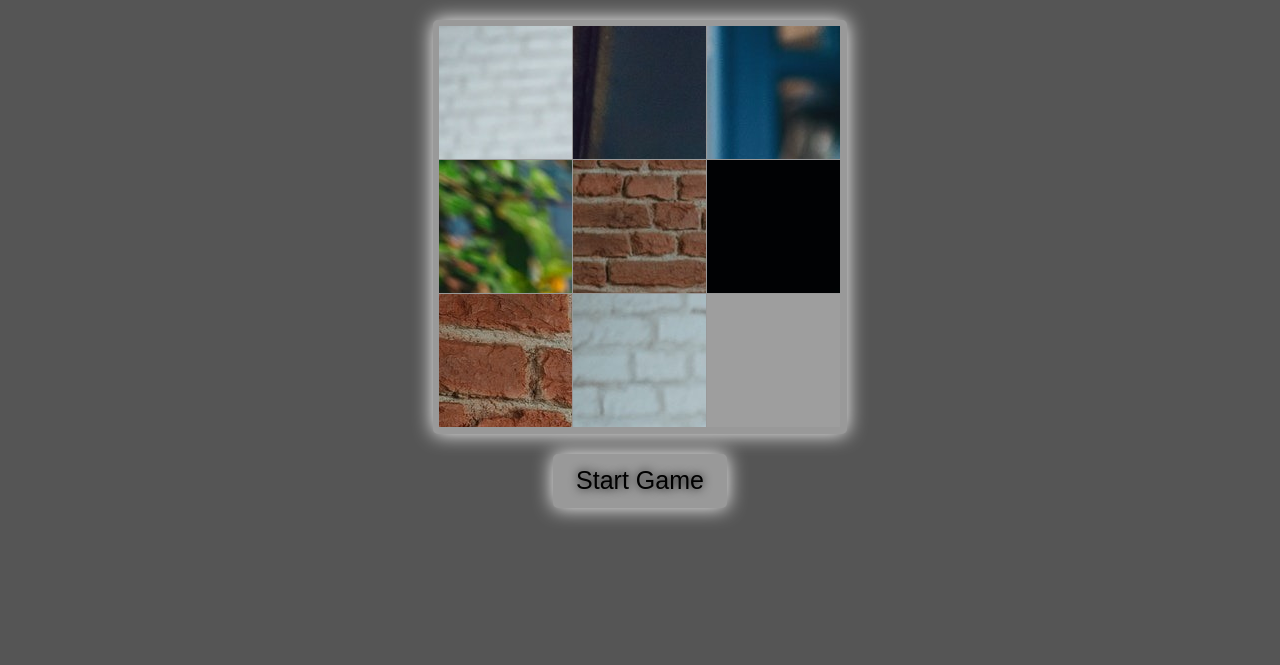
Repository: Izayah60/A-Puzzle-Game-Using-HTML-CSS-and-JavaScript
Page: Puzzle_Game.html
An editor plug-in stored every save of this project. The page is shown before and after the next save, followed by the edit.
The browser window is 1280 px wide. The pictures show the whole page.
Pictures or frames that could not be fetched are drawn as grey boxes.

Above is the page before, as saved 2022-05-25 15:28:17.

After the next save:
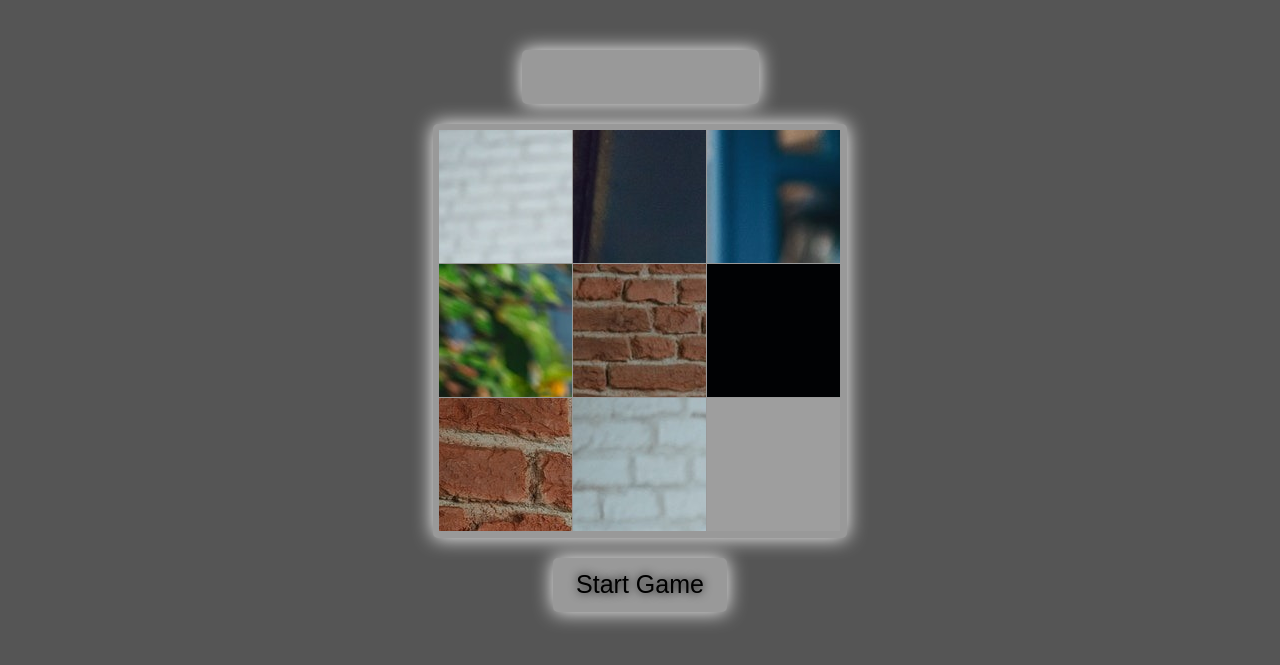
Saved 4 h 1 min later.
--- a/style.css
+++ b/style.css
@@ -80,3 +80,21 @@ body {
     color: #BA6F00;
     text-shadow: 0px 0px 10px #BA6F00;
 }
+
+#moves {
+    width: 233px;
+    margin: auto;
+    margin-top: 50px;
+    border: 2px solid #999;
+    height: 40px;
+    border-radius: 5px;
+    text-align: center;
+    padding-top: 10px;
+    color: #000;
+    background-color: #999;
+    box-shadow: 0px 0px 20px #FFF;
+    text-shadow: 0px 0px 10px #000;
+    cursor: pointer;
+    font-family: 'Arial';
+    font-size: 25px;
+}
